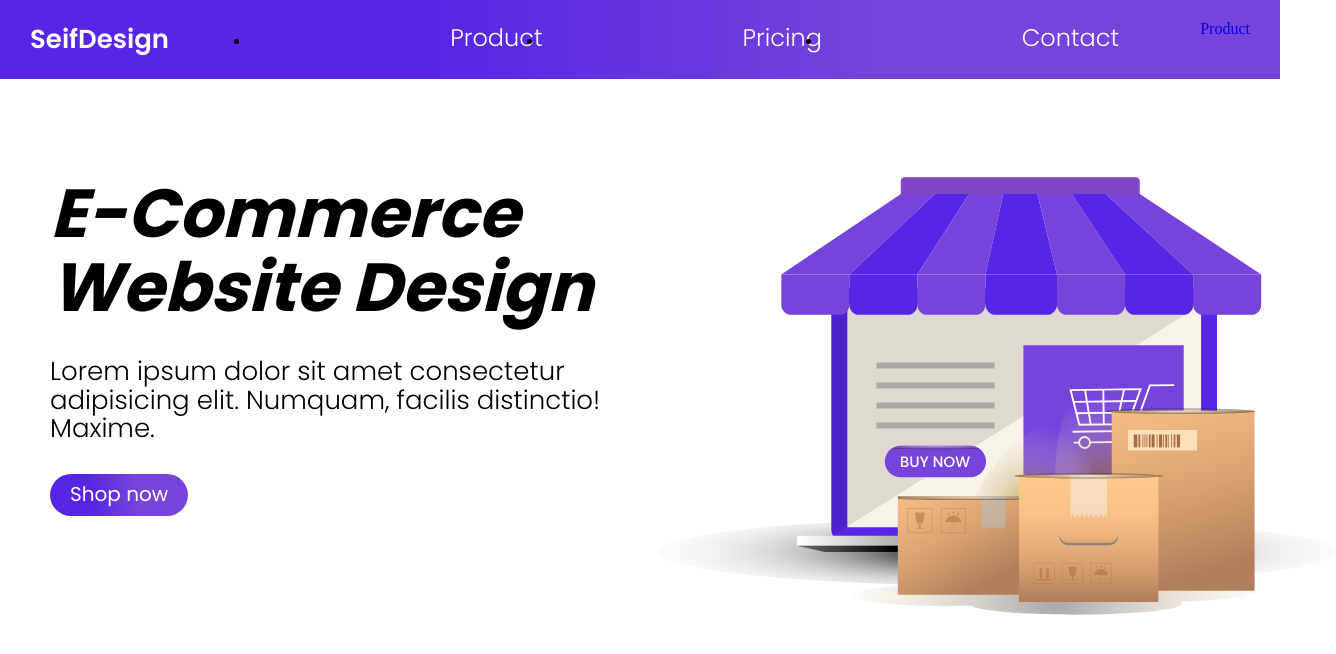
Repository: MehdiKerimov/figma-task-19
Page: pages/homePage/index.html
The author's editor kept a copy of each file at every save. The page is drawn from the files as they stood at one save, then again after the next save.
The browser window is 1280 px wide. The page is 1336 px wide, so the pictures cover 1336 px, including what lies to the right of the window. The pictures show the whole page.
The style sheet was rebuilt from its Sass, Less or Tailwind sources for each picture, by a compiler version that may differ from the author's.

Above is the page before, as saved 2024-01-20 15:38:39.

### pages/homePage/index.html
<!DOCTYPE html>
<html lang="en">
  <head>
    <meta charset="UTF-8" />
    <meta name="viewport" content="width=device-width, initial-scale=1.0" />
    <title>Document</title>
    <link rel="stylesheet" href="../../assets/css/reset.css" />
    <link rel="stylesheet" href="index.css" />
  </head>
  <body>
    <div class="container">
      <nav>
        <h1>SeifDesign</h1>
        <ul>
          <li>
                    <a href="">Product</a>

          </li>
          <li>
                    <a href="">Pricing</a>

          </li>
          <li>        <a href="">Contact</a>
</li>
        </ul>
        <div class="menu-list">
          <a href="#">Product</a>
        </div>
        <button class="open-btn">
          <svg xmlns="http://www.w3.org/2000/svg" width="37" height="38" viewBox="0 0 37 38" fill="none">
            <rect y="9.5" width="37" height="3" rx="1.5" fill="#D9D9D9"/>
            <rect y="17.5" width="37" height="3" rx="1.5" fill="#D9D9D9"/>
            <rect y="25.5" width="37" height="3" rx="1.5" fill="#D9D9D9"/>
          </svg>
        </button>
      </nav>
      <main>
        <div class="left-container">
          <h2>E-Commerce Website Design</h2>
          <p>
            Lorem ipsum dolor sit amet consectetur adipisicing elit. Numquam,
            facilis distinctio! Maxime.
          </p>
          <button><a href="">Shop now</a></button>
        </div>

        <img src="../../assets/images/Group (3).svg" alt="" />
      </main>
    </div>
  </body>
</html>

### assets/css/reset.css
*{
    margin: 0;
    padding: 0;
    box-sizing: border-box;
}

button{
    border: none;
    background: none;
}
a{
    text-decoration: none;
}

### pages/homePage/index.scss
@import url("https://fonts.googleapis.com/css2?family=Poppins:wght@300;400;600;700&display=swap");
.container {
  min-height: 100vh;
  /* padding: 30px 30px 43px 30px; */
  nav {
    padding: 20px 30px;
    display: flex;
    justify-content: space-between;
    background: linear-gradient(270deg, #7743db 31.64%, #5725e5 66.78%);
    h1 {
      color: #fff;
      font-family: Poppins;
      font-size: 26px;
      font-style: normal;
      font-weight: 600;
      line-height: normal;
    }
    ul{
      display: flex;
      @media screen and (max-width:1024px) {
      display: none;;
      }
      a {
        text-decoration: none;
        margin-left: 200px;
        color: #fff;
        text-align: center;
        font-family: Poppins;
        font-size: 24px;
        font-style: normal;
        font-weight: 300;
        line-height: normal;
      }
    }
.open-btn{
display: none;
@media screen and (max-width:1024px) {
display: block;
}
}
  }
  main {
    display: flex;
    padding: 98px 50px 43px 50px;
    @media screen and (max-width:1024px) {
      flex-direction: column-reverse;
    }
    h2 {
      width: 608px;
      font-family: Poppins;
      font-size: 68px;
      font-style: italic;
      font-weight: 700;
      line-height: 109%;
    }
    p {
      margin-top: 32px;
      margin-bottom: 32px;
      width: 608px;
      color: #000;
      font-family: Poppins;
      font-size: 26px;
      font-style: normal;
      font-weight: 300;
      line-height: 109%;
    }
    button {
      padding: 10px 20px;
      border-radius: 25px;
      background: linear-gradient(263deg, #7743db 38.81%, #5725e5 70.24%);
      a {
        color: #fff;
        font-family: Poppins;
        font-size: 20px;
        font-style: normal;
        font-weight: 400;
        line-height: 109%;
      }
    }
  }
}

After the next save:
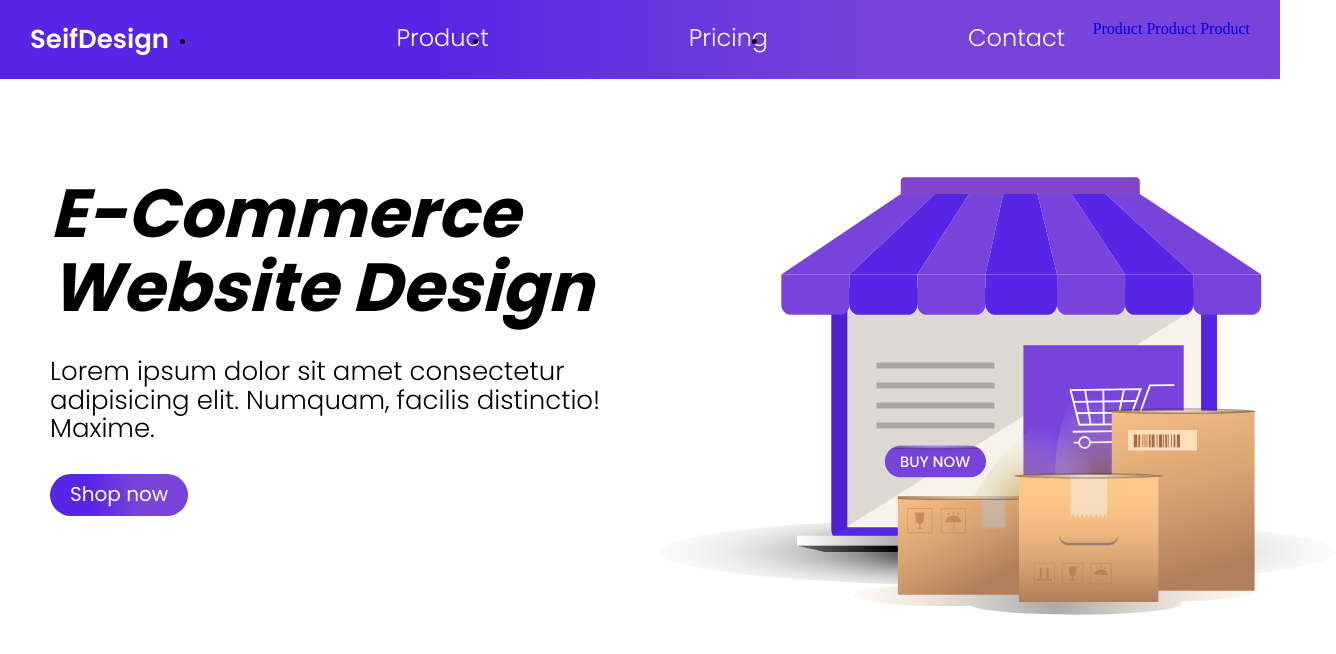
Saved 6 s later.
--- a/pages/homePage/index.html
+++ b/pages/homePage/index.html
@@ -25,6 +25,9 @@
         </ul>
         <div class="menu-list">
           <a href="#">Product</a>
+          <a href="#">Product</a>
+          <a href="#">Product</a>
+
         </div>
         <button class="open-btn">
           <svg xmlns="http://www.w3.org/2000/svg" width="37" height="38" viewBox="0 0 37 38" fill="none">
